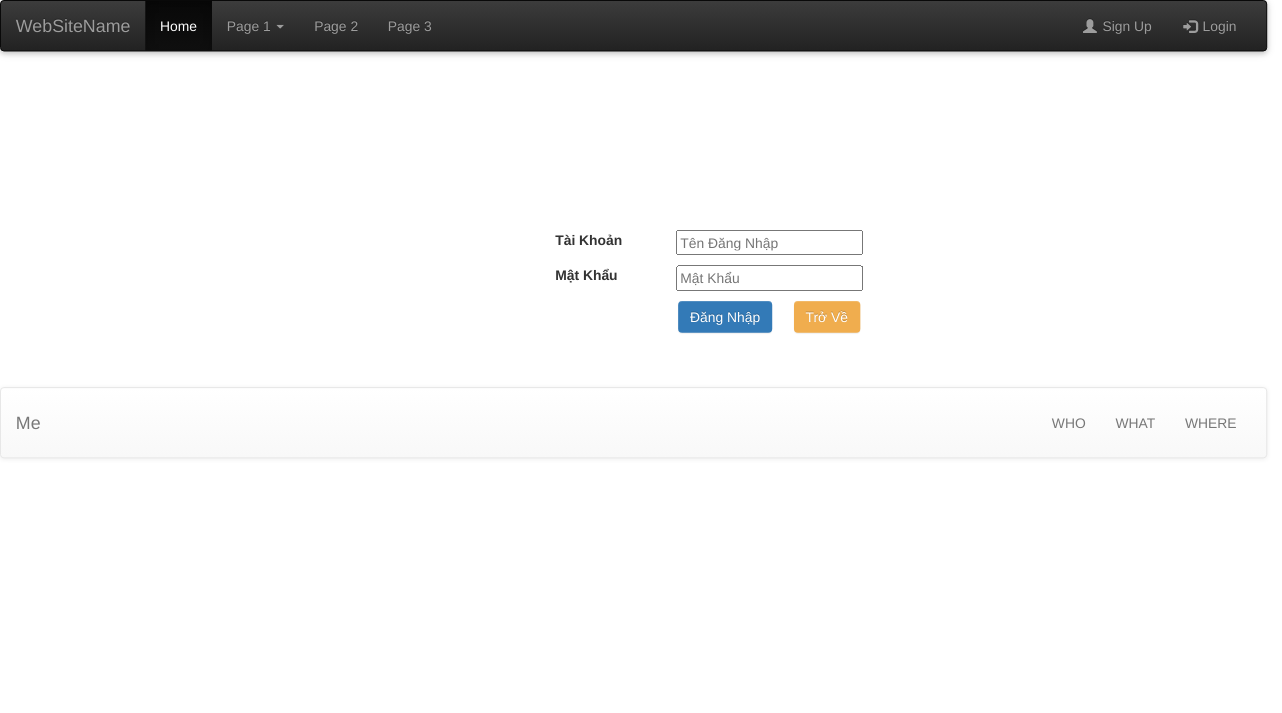
Repository: chickenoken/LuanAn
Page: http://localhost/net/WEB-INF/pages/Login.jsp
These files come from the project's save history. The page is drawn as it stood at one moment and after the next save; the edit follows.
The browser window is 1280 px wide. The page is 1295 px wide, so the pictures cover 1295 px, including what lies to the right of the window. The pictures show the whole page, at 99% of full size.
Some web libraries are served in a nearby version. The page is served by Tomcat 9. Nobody is signed in. The template is opened directly, without the code that normally fills it, so the values that code supplies are empty.

Above is the page before, as saved 2019-06-13 11:51:25.

After the next save:
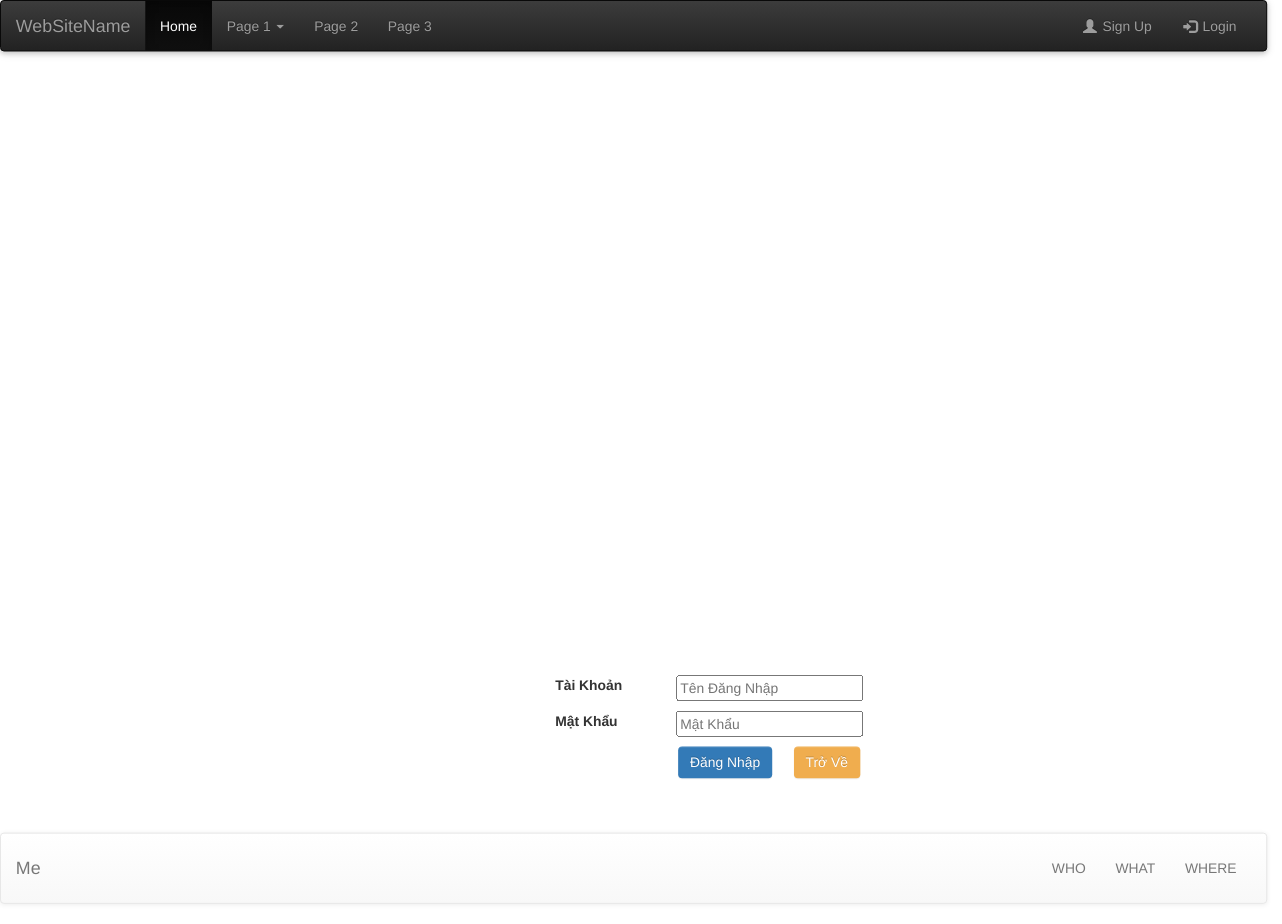
Saved 43 s later.
--- a/net/src/main/webapp/WEB-INF/pages/Login.jsp
+++ b/net/src/main/webapp/WEB-INF/pages/Login.jsp
@@ -15,7 +15,8 @@ div.hidden
       <title>Login-Net</title>
       <%@include file="/WEB-INF/views/Header.jsp"%>
   </head>
-   <body style="height : 450px;">
+   <body>
+   <div style="height : 450px;"></div>
      <div id="page" class="hidden">
 	     <div ng-app="myApp" ng-controller="myCtrl">
 	       <div class="row" style="padding-top : 160px;">
